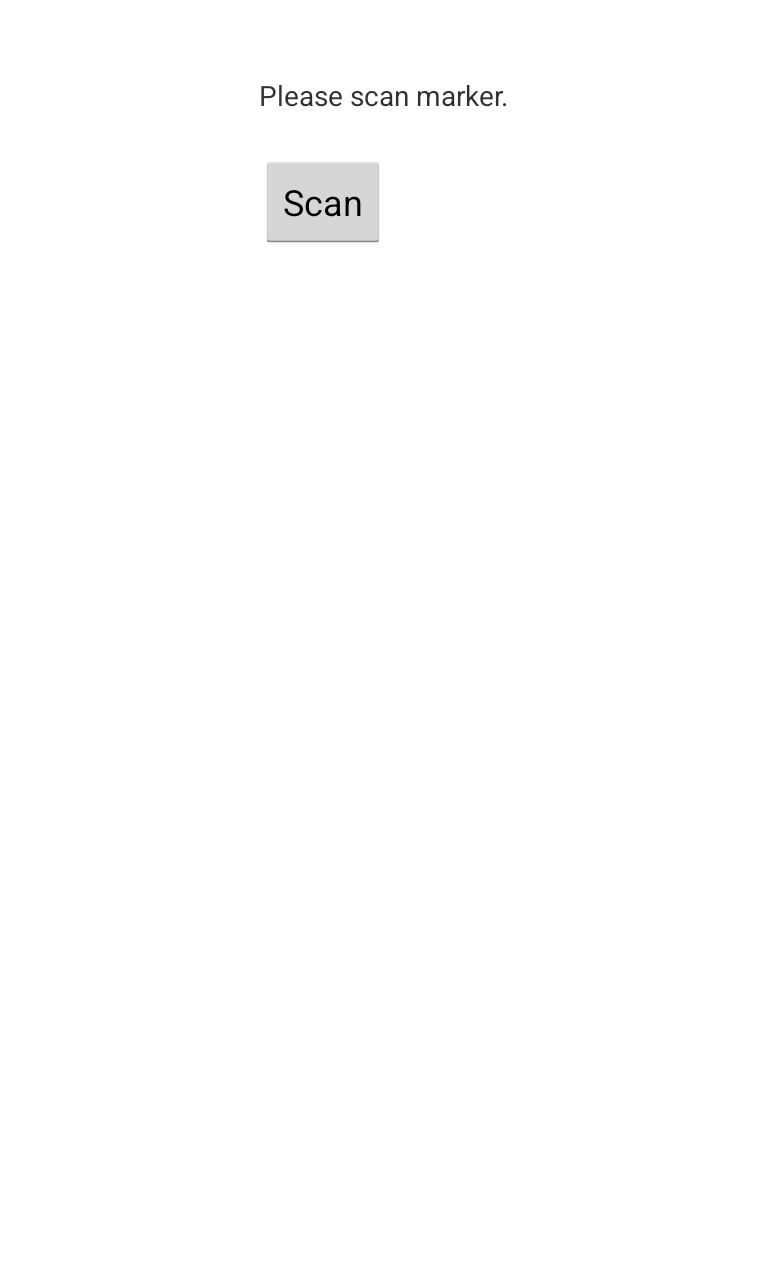
Repository: numaiomul/eclipse_workspace
Layout: CIS/res/layout/activity_main.xml
These files come from the project's save history. The layout is drawn as it stood at one moment and after the next save; the edit follows.
It is drawn on a 768 x 1280 px phone screen (xhdpi) without system bars, with theme AppTheme; the app's code is not run.

Above is the layout before, as saved 2012-10-27 20:45:15.

### CIS/res/layout/activity_main.xml
<RelativeLayout xmlns:android="http://schemas.android.com/apk/res/android"
    xmlns:tools="http://schemas.android.com/tools"
    android:layout_width="match_parent"
    android:layout_height="match_parent" >

    <TextView
        android:id="@+id/textView1"
        android:layout_width="wrap_content"
        android:layout_height="wrap_content"
        android:layout_alignParentTop="true"
        android:layout_centerHorizontal="true"
        android:layout_marginTop="38dp"
        android:text="@string/hello_world"
        tools:context=".MainActivity" />

    <Button
        android:id="@+id/button1"
        android:layout_width="wrap_content"
        android:layout_height="wrap_content"
        android:layout_alignLeft="@+id/textView1"
        android:layout_below="@+id/textView1"
        android:layout_marginTop="20dp"
        android:text="@string/button" />

</RelativeLayout>

### CIS/res/values/strings.xml
<?xml version="1.0" encoding="UTF-8" standalone="no"?>
<resources>
    <string name="app_name">CIS</string>
    <string name="hello_world">Please scan marker.</string>
    <string name="menu_settings">Settings</string>
    <string name="title_activity_main">CIS</string>
    <string name="button">Scan</string>
</resources>

Loaded but not shown: CIS/res/values-v11/styles.xml (common file); CIS/res/values-v14/styles.xml (common file); CIS/res/values/styles.xml (common file)

After the next save:
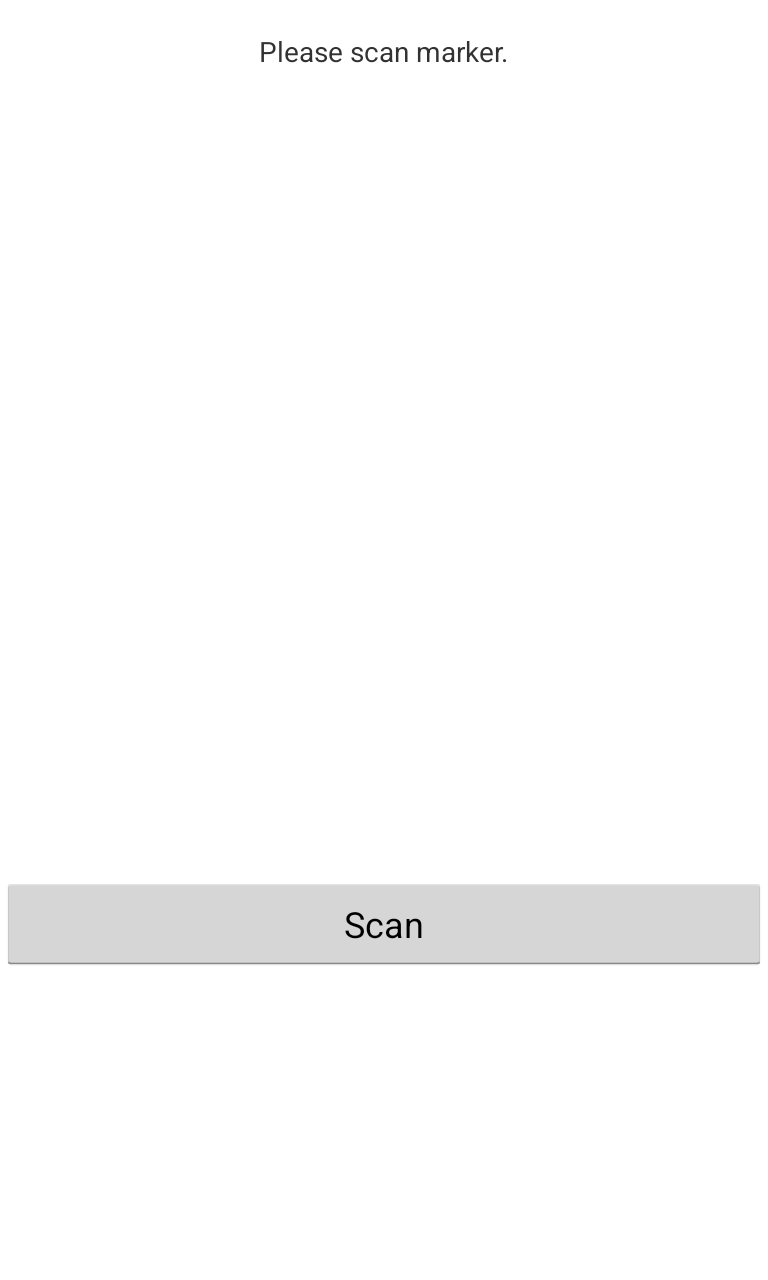
Saved 5 min 7 s later.
--- a/CIS/res/layout/activity_main.xml
+++ b/CIS/res/layout/activity_main.xml
@@ -2,6 +2,15 @@
     xmlns:tools="http://schemas.android.com/tools"
     android:layout_width="match_parent"
     android:layout_height="match_parent" >
+
+    <Button
+        android:id="@+id/scanButton"
+        android:layout_width="match_parent"
+        android:layout_height="wrap_content"
+        android:layout_alignParentBottom="true"
+        android:layout_alignParentLeft="true"
+        android:layout_marginBottom="154dp"
+        android:text="@string/button" />
 
     <TextView
         android:id="@+id/textView1"
@@ -9,17 +18,8 @@
         android:layout_height="wrap_content"
         android:layout_alignParentTop="true"
         android:layout_centerHorizontal="true"
-        android:layout_marginTop="38dp"
+        android:layout_marginTop="16dp"
         android:text="@string/hello_world"
         tools:context=".MainActivity" />
 
-    <Button
-        android:id="@+id/button1"
-        android:layout_width="wrap_content"
-        android:layout_height="wrap_content"
-        android:layout_alignLeft="@+id/textView1"
-        android:layout_below="@+id/textView1"
-        android:layout_marginTop="20dp"
-        android:text="@string/button" />
-
 </RelativeLayout>
